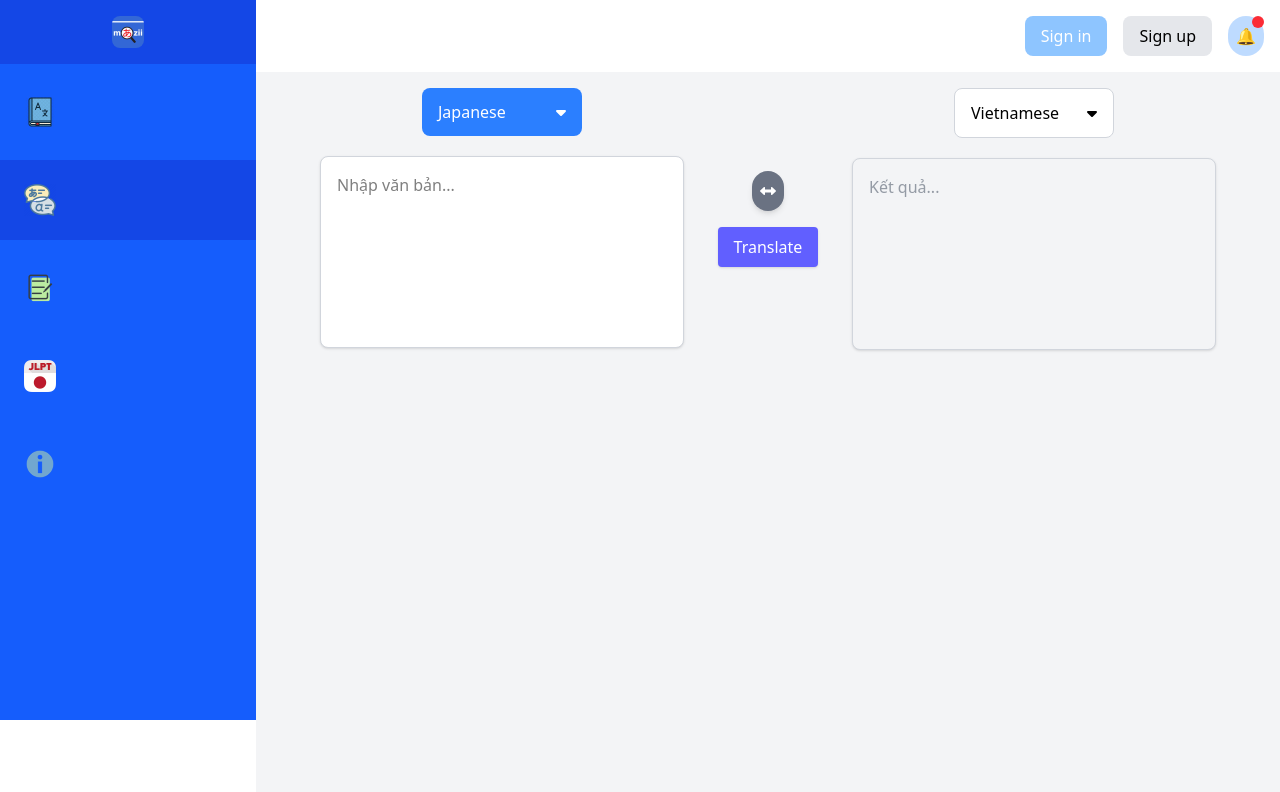
Repository: reminzuetto/JapaneseTranslationApp
Page: /translate
An editor plug-in stored every save of this project. The page is shown before and after the next save, followed by the edit.
The browser window is 1280 px wide. The pictures show the whole page.
The page's requests for data from a server got no answer. The project was rebuilt for these pictures with package versions that can differ from the ones it lists, and the page was loaded fresh each time. No one was signed in, and anything a server would have sent is missing. Also part of the build but not shown: vite.config.js, src/components/Header/NotificationItem.jsx, src/components/SeachBar/DropDownButton.jsx, src/components/SeachBar/SearchInput.jsx, src/components/SeachBar/SearchBar.jsx, src/pages/Home.jsx, src/Firebase.jsx, src/pages/SignInForm.jsx and 5 more.

Above is the page before, as saved 2025-03-18 00:04:49.

### src/App.jsx
import React, { useState } from "react";
import { BrowserRouter as Router, Routes, Route } from "react-router-dom";
import Header from "./components/Header/Header";
import Home from "./pages/Home";
import Sidebar from "./components/SideBar/SideBar";
import SignInForm from "./pages/SignInForm";
import SignUpForm from "./pages/SignUpForm";
import SearchPage from "./pages/SearchPage";
import TranslatePage from "./pages/TranslatePage";
import CollectionPage from "./pages/CollectionPage";
import JLPTPage from "./pages/JLPTPage";
import AboutPage from "./pages/AboutPage";

function App() {
  const [isSidebarOpen, setIsSidebarOpen] = useState(false);

  return (
    <Router>
      <div className="flex">
        {/* Sidebar */}
        <Sidebar isOpen={isSidebarOpen} setIsOpen={setIsSidebarOpen} />

        {/* Nội dung chính */}
        <div
          className={`flex-1 transition-all duration-300 ${
            isSidebarOpen ? "ml-64" : "ml-20"
          }`}
        >
          <Header />
          <Routes>
            <Route path="/" element={<Home />} />
            <Route path="/signin" element={<SignInForm />} />
            <Route path="/signup" element={<SignUpForm />} />
            <Route path="/search" element={<SearchPage />} />
            <Route path="/translate" element={<TranslatePage />} />
            <Route path="/collection" element={<CollectionPage />} />
            <Route path="/jlpt" element={<JLPTPage />} />
            <Route path="/about" element={<AboutPage />} />
          </Routes>
        </div>
      </div>
    </Router>
  );
}

export default App;

### src/components/Header/Header.jsx
import React, { useState } from "react";
import useClickOutside from "../../hooks/useClickOutside";
import notificationsData from "/src/Data.js";
import NotificationItem from "../Header/NotificationItem";
import { Link } from "react-router-dom";

const Header = () => {
  const { show, setShow, nodeRef } = useClickOutside();
  const [notifications, setNotifications] = useState(notificationsData);

  const markAsSeen = (id) => {
    setNotifications((prev) =>
      prev.map((item) => (item.id === id ? { ...item, seen: true } : item))
    );
  };

  return (
    <header className="flex items-center justify-end p-4 bg-white shadow-md  top-0 left-0 w-full z-50">
      <div className="flex items-center gap-4">
        <Link to="/signin">
          <button className="px-4 py-2 text-white bg-blue-300 rounded-lg hover:bg-blue-500">
            Sign in
          </button>
        </Link>

        <Link to="/signup">
          <button className="px-4 py-2 text-blue bg-gray-200 rounded-lg hover:bg-blue-500 hover:text-white">
            Sign up
          </button>
        </Link>
        <div className="relative" ref={nodeRef}>
          <div
            className="relative p-2 rounded-full bg-blue-200 hover:bg-blue-400 cursor-pointer"
            onClick={() => setShow(!show)}
          >
            🔔
            {notifications.some((item) => !item.seen) && (
              <span className="absolute top-0 right-0 w-3 h-3 bg-red-500 rounded-full"></span>
            )}
          </div>

          {show && (
            <div className="absolute top-full -left-2 min-w-[250px] translate-x-[-100%] mt-2 bg-white shadow-lg rounded-lg border border-gray-200">
              {notifications.length > 0 ? (
                notifications.map((item) => (
                  <NotificationItem
                    key={item.id}
                    id={item.id}
                    title={item.title}
                    time={item.time}
                    seen={item.seen}
                    onMarkAsSeen={markAsSeen}
                  />
                ))
              ) : (
                <div className="p-4 text-center text-gray-400">
                  Không có thông báo mới
                </div>
              )}
            </div>
          )}
        </div>
      </div>
    </header>
  );
};

export default Header;

### src/components/SideBar/SideBar.jsx
import React from "react";
import { NavLink } from "react-router-dom";

const SidebarItem = ({ src, text, to }) => (
  <li className="w-full">
    <NavLink
      to={to}
      className={({ isActive }) =>
        `flex items-center h-20 text-gray-200 no-underline transition duration-500 hover:bg-blue-700 hover:text-white hover:shadow-lg hover:font-bold hover:rounded-lg hover:ml-3 hover:mr-3 ${
          isActive ? "bg-blue-700 font-bold text-white" : ""
        }`
      }
    >
      <img className="w-8 min-w-8 mx-6" src={src} alt={text} />
      <span className="hidden group-hover:block ml-4">{text}</span>
    </NavLink>
  </li>
);

const SideBar = ({ isOpen, setIsOpen }) => {
  const menuItems = [
    { src: "/src/assets/SearchIcon.png", text: "Search", to: "/search" },
    {
      src: "/src/assets/TranslateIcon.png",
      text: "Translate",
      to: "/translate",
    },
    {
      src: "/src/assets/CollectionIcon.png",
      text: "Collection",
      to: "/collection",
    },
    { src: "/src/assets/JLPTIcon.png", text: "JLPT", to: "/jlpt" },
    { src: "/src/assets/AboutIcon.jpg", text: "About us", to: "/about" },
  ];

  return (
    <nav
      className={`w-20 h-screen fixed z-51 bg-blue-600 transition-all duration-200 hover:w-64 group ${
        isOpen ? "w-64" : "w-20"
      }`}
      onMouseEnter={() => setIsOpen(true)}
      onMouseLeave={() => setIsOpen(false)}
    >
      <ul className="flex flex-col items-center space-y-2">
        <li className="w-full text-center py-4 bg-blue-700 font-bold uppercase text-white text-2xl">
          <NavLink className="flex items-center justify-center" to="/">
            <img
              className="w-8 h-8 rounded-lg transition-transform duration-600 group-hover:rotate-[-360deg]"
              src="/src/assets/MaziiLogo.png"
              alt="Mazii logo"
            />
            <span className="hidden group-hover:block ml-4">Mazzi</span>
          </NavLink>
        </li>
        {menuItems.map((item, index) => (
          <SidebarItem
            key={index}
            src={item.src}
            text={item.text}
            to={item.to}
          />
        ))}
      </ul>
    </nav>
  );
};

export default SideBar;

### src/pages/TranslatePage.jsx
import React, { useState } from "react";
import LanguageSelector from "../components/TranslatePage/LanguageSelector";
import TextBox from "../components/TranslatePage/TextBox";
import { FontAwesomeIcon } from "@fortawesome/react-fontawesome";
import { faArrowsAltH } from "@fortawesome/free-solid-svg-icons";

const TranslatePage = () => {
  const [state, setState] = useState({
    text: "",
    translatedText: "",
    sourceLang: "ja",
    targetLang: "vi",
  });

  const languageOptions = [
    { label: "Japanese", value: "ja" },
    { label: "Vietnamese", value: "vi" },
    { label: "English", value: "en" },
  ];

  const handleTranslate = async () => {
    if (!state.text) return;
    setState((prev) => ({
      ...prev,
      translatedText: `(${prev.targetLang}) ${prev.text}`,
    }));
  };

  const swapLanguages = () => {
    setState((prev) => ({
      ...prev,
      sourceLang: prev.targetLang,
      targetLang: prev.sourceLang,
      text: prev.translatedText,
      translatedText: prev.text,
    }));
  };

  return (
    <div className="flex flex-col items-center min-h-screen bg-gray-100 p-4">
      <div className="grid grid-cols-12 gap-4 max-w-4xl w-full">
        {/* Ô nhập ngôn ngữ gốc */}
        <div className="col-span-5 flex flex-col items-center gap-5">
          <LanguageSelector
            type="from"
            value={state.sourceLang}
            onChange={(lang) =>
              setState((prev) => ({ ...prev, sourceLang: lang }))
            }
            options={languageOptions}
          />
          <TextBox
            value={state.text}
            onChange={(text) => setState((prev) => ({ ...prev, text }))}
          />
        </div>

        {/* Khu vực nút chuyển đổi */}
        <div className="col-span-2 flex flex-col justify-center items-center space-y-4">
          <button
            onClick={swapLanguages}
            className="p-2 bg-gray-500 text-white rounded-full shadow-md hover:bg-gray-600 transition"
          >
            <FontAwesomeIcon icon={faArrowsAltH} />
          </button>

          <button
            onClick={handleTranslate}
            className="px-4 py-2 bg-indigo-500 text-white rounded shadow hover:bg-indigo-600"
          >
            Translate
          </button>
        </div>

        {/* Ô hiển thị kết quả dịch */}
        <div className="col-span-5 flex flex-col items-center gap-5">
          <LanguageSelector
            type="to"
            value={state.targetLang}
            onChange={(lang) =>
              setState((prev) => ({ ...prev, targetLang: lang }))
            }
            options={languageOptions}
          />
          <TextBox value={state.translatedText} readOnly />
        </div>
      </div>
    </div>
  );
};

export default TranslatePage;

### src/hooks/useClickOutside.jsx
import { useEffect, useRef, useState } from "react";

export default function useClickOutside(dom = "button") {
  const [show, setShow] = useState(false);
  const nodeRef = useRef(null);
  useEffect(() => {
    const handleClickOutside = (event) => {
      if (
        nodeRef.current &&
        !nodeRef.current.contains(event.target) &&
        !event.target.matches(dom)
      ) {
        setShow(false);
      }
    };
    document.addEventListener("click", handleClickOutside);
    return () => {
      document.removeEventListener("click", handleClickOutside);
    };
  }, []);

  return {
    show,
    setShow,
    nodeRef,
  };
}

### src/Data.js
const notificationsData = [
  {
    id: 1,
    title: "JavaScript Update",
    content: "Phiên bản mới của JavaScript đã được phát hành.",
    time: "10 phút trước",
    seen: false,
  },
  {
    id: 2,
    title: "ReactJS Tips",
    content: "Học cách tối ưu hóa hiệu suất trong ReactJS.",
    time: "30 phút trước",
    seen: true,
  },
  {
    id: 3,
    title: "VueJS News",
    content: "Vue 3 đang ngày càng phổ biến hơn!",
    time: "1 giờ trước",
    seen: false,
  },
  {
    id: 4,
    title: "Next.js Guide",
    content: "Làm thế nào để sử dụng Server Actions hiệu quả?",
    time: "3 giờ trước",
    seen: true,
  },
  {
    id: 5,
    title: "PostgreSQL Tips",
    content: "Cách tối ưu truy vấn SQL cho tốc độ nhanh hơn.",
    time: "5 giờ trước",
    seen: false,
  },
];

export default notificationsData;

### src/components/TranslatePage/LanguageSelector.jsx
import { useState, useRef, useEffect } from "react";
import { FontAwesomeIcon } from "@fortawesome/react-fontawesome";
import { faCaretUp, faCaretDown } from "@fortawesome/free-solid-svg-icons";

function LanguageSelector({ type, value, onChange, options }) {
  const [isOpen, setIsOpen] = useState(false);
  const dropdownRef = useRef(null);

  useEffect(() => {
    function handleClickOutside(event) {
      if (dropdownRef.current && !dropdownRef.current.contains(event.target)) {
        setIsOpen(false);
      }
    }
    document.addEventListener("mousedown", handleClickOutside);
    return () => {
      document.removeEventListener("mousedown", handleClickOutside);
    };
  }, []);

  const selectedLabel =
    options.find((option) => option.value === value)?.label || "Chọn ngôn ngữ";

  // Xác định màu nền theo loại (From/To)
  const bgColor = type === "from" ? "bg-blue-500" : "bg-white";
  const hover =
    type === "from"
      ? "hover:bg-blue-600"
      : "hover:bg-blue-600 hover:text-white";
  const textColor = type === "from" ? "text-white" : "text-black";
  const border = type === "from" ? "" : "border border-gray-300";
  return (
    <div className="relative w-auto mx-10" ref={dropdownRef}>
      <button
        className={`flex items-center justify-between ${bgColor} font-medium px-4 py-3 rounded-lg ${hover} ${textColor} ${border} transition cursor-pointer w-40`}
        onClick={() => setIsOpen(!isOpen)}
      >
        <span>{selectedLabel}</span>
        <FontAwesomeIcon
          icon={isOpen ? faCaretUp : faCaretDown}
          className="ml-2"
        />
      </button>

      {isOpen && (
        <ul className="absolute left-0 right-0 mt-2 bg-gray-200 text-gray-900 text-lg rounded-md shadow-lg z-10">
          {options.map((option) => (
            <li
              key={option.value}
              className="flex items-center justify-between px-4 py-3 hover:bg-gray-300 cursor-pointer transition"
              onClick={() => {
                onChange(option.value);
                setIsOpen(false);
              }}
            >
              <span>{option.label}</span>
            </li>
          ))}
        </ul>
      )}
    </div>
  );
}

export default LanguageSelector;

### src/components/TranslatePage/TextBox.jsx
const TextBox = ({ value, onChange, readOnly = false }) => {
  return (
    <textarea
      value={value}
      onChange={(e) => onChange && onChange(e.target.value)}
      placeholder={readOnly ? "Kết quả..." : "Nhập văn bản..."}
      readOnly={readOnly}
      className={`w-full p-4 border border-gray-300 rounded-lg h-48 resize-none shadow-sm focus:outline-none focus:ring-2 focus:ring-blue-500 transition ${
        readOnly ? "bg-gray-100 text-gray-700" : "bg-white"
      }`}
    />
  );
};

export default TextBox;

Loaded but not shown: index.html (common file); src/main.jsx (common file); src/index.css (common file)

After the next save:
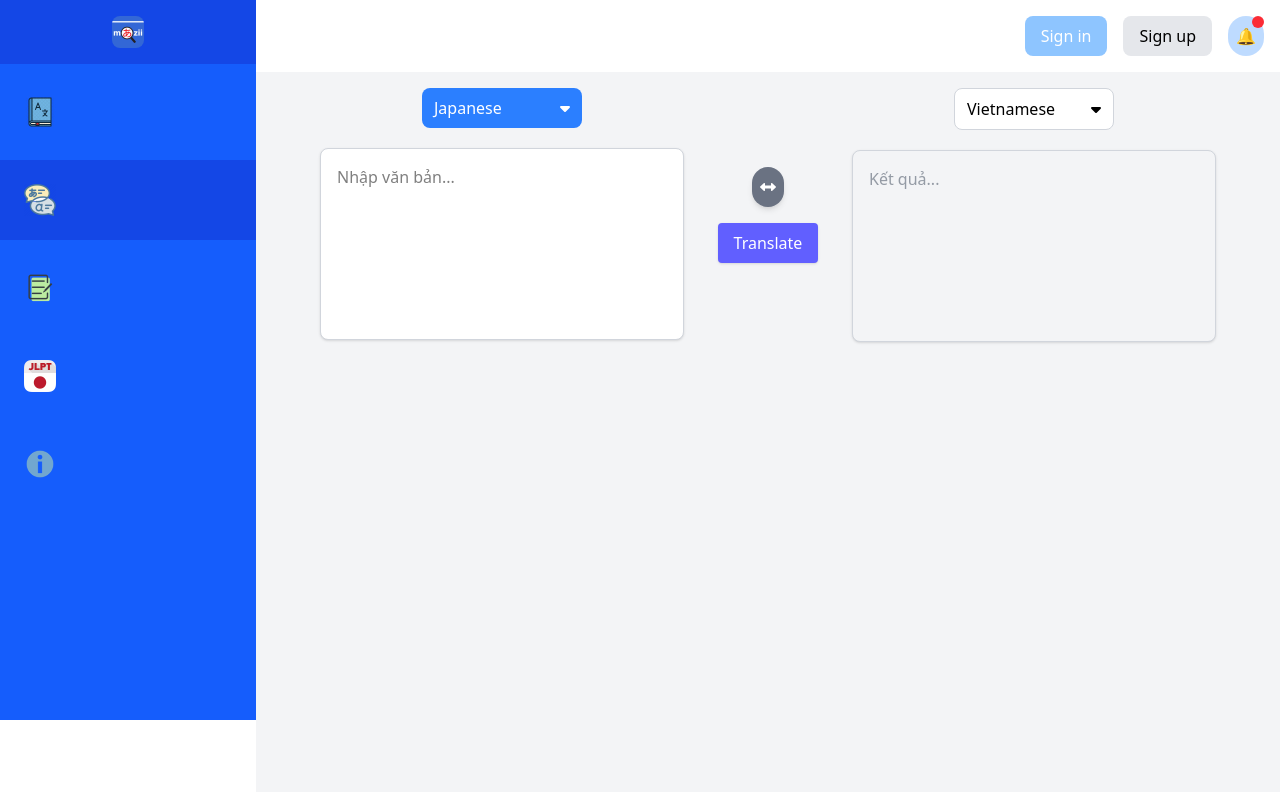
Saved 65 s later.
--- a/src/components/TranslatePage/LanguageSelector.jsx
+++ b/src/components/TranslatePage/LanguageSelector.jsx
@@ -32,7 +32,7 @@
   return (
     <div className="relative w-auto mx-10" ref={dropdownRef}>
       <button
-        className={`flex items-center justify-between ${bgColor} font-medium px-4 py-3 rounded-lg ${hover} ${textColor} ${border} transition cursor-pointer w-40`}
+        className={`flex items-center justify-between ${bgColor} font-medium px-3 py-2 rounded-lg ${hover} ${textColor} ${border} transition cursor-pointer w-40`}
         onClick={() => setIsOpen(!isOpen)}
       >
         <span>{selectedLabel}</span>
@@ -47,7 +47,7 @@
           {options.map((option) => (
             <li
               key={option.value}
-              className="flex items-center justify-between px-4 py-3 hover:bg-gray-300 cursor-pointer transition"
+              className="flex items-center justify-between px-3 py-2 hover:bg-gray-300 cursor-pointer transition"
               onClick={() => {
                 onChange(option.value);
                 setIsOpen(false);

After the save that followed:
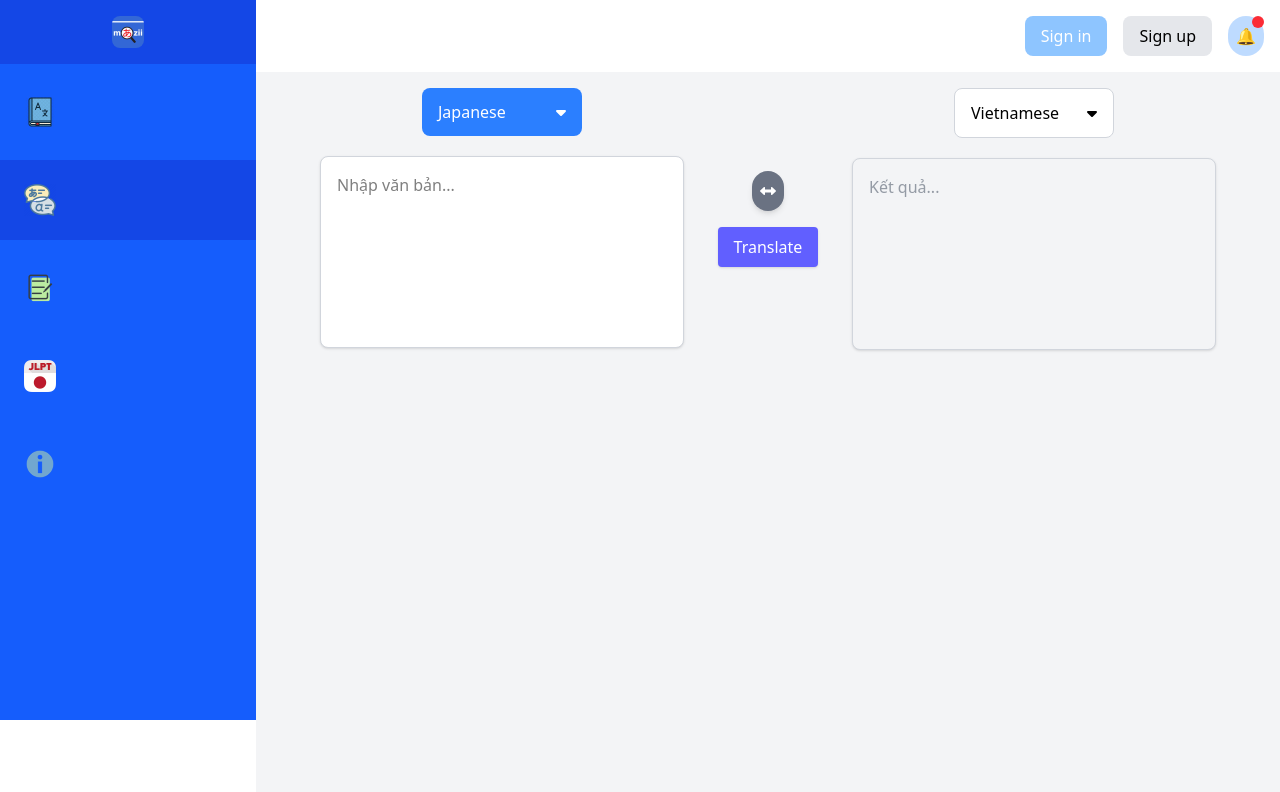
Saved 11 s later.
--- a/src/components/TranslatePage/LanguageSelector.jsx
+++ b/src/components/TranslatePage/LanguageSelector.jsx
@@ -32,7 +32,7 @@
   return (
     <div className="relative w-auto mx-10" ref={dropdownRef}>
       <button
-        className={`flex items-center justify-between ${bgColor} font-medium px-3 py-2 rounded-lg ${hover} ${textColor} ${border} transition cursor-pointer w-40`}
+        className={`flex items-center justify-between ${bgColor} font-medium px-4 py-3 rounded-lg ${hover} ${textColor} ${border} transition cursor-pointer w-40`}
         onClick={() => setIsOpen(!isOpen)}
       >
         <span>{selectedLabel}</span>
@@ -47,7 +47,7 @@
           {options.map((option) => (
             <li
               key={option.value}
-              className="flex items-center justify-between px-3 py-2 hover:bg-gray-300 cursor-pointer transition"
+              className="flex items-center justify-between px-4 py-3 hover:bg-gray-300 cursor-pointer transition"
               onClick={() => {
                 onChange(option.value);
                 setIsOpen(false);
